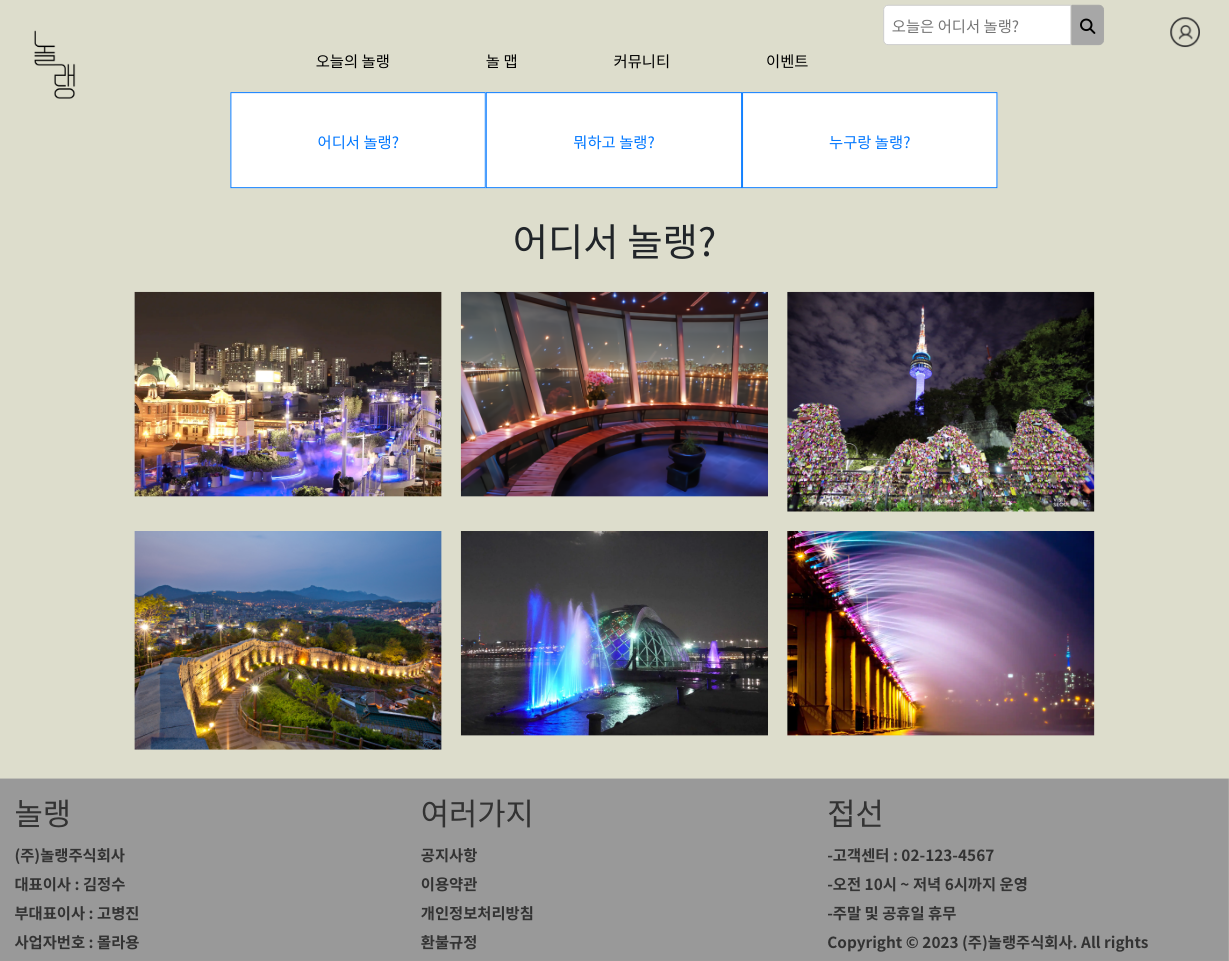
Repository: rrqrw/-
Page: http://localhost/noll_project/who/who3.jsp
The author's editor kept a copy of each file at every save. The page is drawn from the files as they stood at one save, then again after the next save.
The browser window is 1280 px wide. The pictures show the whole page, at 96% of full size.
Some web fonts or font styles are not loaded; a fallback is used. Some web libraries are served in a nearby version. The page is served by Tomcat 9. Other server files are loaded and not shown.

Above is the page before, as saved 2023-12-12 12:05:28.

### noll_project/src/main/webapp/who/who3.jsp
<%@ page language="java" contentType="text/html; charset=UTF-8"
    pageEncoding="UTF-8"%>
<%@ taglib uri="http://java.sun.com/jsp/jstl/core" prefix="c" %>
<%@ taglib uri="http://java.sun.com/jsp/jstl/fmt" prefix="fmt" %>
<!DOCTYPE html>
<html lang="en">
<head>
  <meta charset="UTF-8">
  <meta name="viewport" content="width=device-width, initial-scale=1.0">
  <title>Document</title>
  <link rel="stylesheet"  href="../resources/css/bootstrap.css">
  <link rel="stylesheet" href="../resources/css/style.css">

 <script src="https://kit.fontawesome.com/7c6041109a.js" crossorigin="anonymous"></script>
  <link href="https://fonts.googleapis.com/css2?family=Black+Han+Sans&family=Nanum+Gothic+Coding:wght@700&family=Nanum+Pen+Script&family=Noto+Sans+KR&display=swap" rel="stylesheet">
</head>
<body>
<jsp:include page="../header.jsp" />
  <div class="container">
    <div class="menu">
    <ul>
      <li><a href="../who/who1.jsp">어디서 놀랭?</a></li>
      <li><a href="../who/who2.jsp">뭐하고 놀랭?</a></li>
      <li><a href="../who/who3.jsp">누구랑 놀랭?</a></li>
    </ul>
  </div>
    <div id="content">
    <h1>어디서 놀랭?</h1>
    <ul class="prod-list">
      <li>
        <img src="../resources/images/7017.jpg" alt="상품1">
        <div class="caption">
          <a href="../instar/instar.jsp"><h2>상품 1</h2></a>
          <p>상품 1 설명 텍스트</p>
          <p>가격: 20,000원</p>
        </div>
      </li>
      <li>
        <img src="../resources/images/bg2광진.png" alt="상품2" style=width:"300px"; >
        <div class="caption">
          <a href="../instar/instar.jsp"><h2>상품 1</h2></a>
          <p>상품 2 설명 텍스트</p>
          <p>가격: 30,000원</p>
        </div>
      </li>
      <li>
        <img src="../resources/images/bg3.jpg" alt="상품3">
        <div class="caption">
          <a href="../instar/instar.jsp"><h2>상품 1</h2></a>
          <p>상품 3 설명 텍스트</p>
          <p>가격: 30,000원</p>
        </div>
      </li>
      <li>
        <img src="../resources/images/낙산.jpg" alt="상품3">
        <div class="caption">
          <a href="../instar/instar.jsp"><h2>상품 1</h2></a>
          <p>상품 3 설명 텍스트</p>
          <p>가격: 30,000원</p>
        </div>
      </li>
      <li>
        <img src="../resources/images/여의도한강.jpg" alt="상품3">
        <div class="caption">
          <a href="../instar/instar.jsp"><h2>상품 1</h2></a>
          <p>상품 3 설명 텍스트</p>
          <p>가격: 30,000원</p>
        </div>
      </li>
      <li>
        <img src="../resources/images/한강.jpg" alt="상품3">
        <div class="caption">
          <a href="../instar/instar.jsp"><h2>상품 1</h2></a>
          <p>상품 3 설명 텍스트</p>
          <p>가격: 30,000원</p>
        </div>
      </li>

    </ul>
  	</div>

        </div>
  <jsp:include page="../footer.jsp" />
</body>
</html>

### noll_project/src/main/webapp/header.jsp
<%@ page language="java" contentType="text/html; charset=UTF-8"
    pageEncoding="UTF-8"%>
<!DOCTYPE html>
<html lang="en">
<head>
  <meta charset="UTF-8">
  <meta name="viewport" content="width=device-width, initial-scale=1.0">
  <title>상단 메뉴(nav bar)</title>

  <link rel="stylesheet" href="resources/css/style.css">

  <script src="https://kit.fontawesome.com/7c6041109a.js" crossorigin="anonymous"></script>
  <script src="https://code.jquery.com/jquery-3.7.1.js" integrity="sha256-eKhayi8LEQwp4NKxN+CfCh+3qOVUtJn3QNZ0TciWLP4=" crossorigin="anonymous"></script>
  <!-- defer, async 아래 html을 다읽고 외부 js를 읽게 (지연) 해줌 -->
</head>
<body>
  <nav class="navbar">
    <div class="navbar_logo">
      <a href="#"><img src="../resources/images/logo.png" alt="로고" style="width: 80px;"></a>
    </div>
    <ul class="navbar_menu">
      <li><a href="">오늘의 놀랭</a></li>
      <li><a href="">놀 맵</a></li>
      <li><a href="">커뮤니티</a></li>
      <li><a href="">이벤트</a></li>
    </ul>
    <a href="#" class="navbar_toggleBtn">
      <i class="fa-solid fa-bars"></i>
    </a>

    <div id="search">
      <form action="#" method="get">
          <input type="text" placeholder="오늘은 어디서 놀랭?" id="search_input">
          <button type="submit"><i class="fas fa-search"></i></button>
      </form>
    </div>
  <div id="login">
     <a href="#"><img src="../resources/images/login.png" alt="로그인"></a>
  </div>
  </nav>
</body>
</html>

### noll_project/src/main/webapp/footer.jsp
<%@ page language="java" contentType="text/html; charset=UTF-8"
    pageEncoding="UTF-8"%>
<footer class="footer_cell">
      <div class="footer_info">
         <div class="footer_cell">
            <h2 class="footer_h">놀랭</h2>
            <ul class="footer_u">
               <li>(주)놀랭주식회사</li>
               <li>대표이사 : 김정수</li>
               <li>부대표이사 : 고병진</li>
               <li>사업자번호 : 몰라용</li>
            </ul>
         </div>
         <div class="footer_cell">
            <h2 class="footer_h">여러가지</h2>
            <ul class="footer_u">
               <!-- 나중에 링크 넣어서 바로 넘어갈 수 있도록 생각 -->
               <li><a href="#">공지사항</a></li>
               <li><a href="#">이용약관</a></li>
               <li><a href="#">개인정보처리방침</a></li>
               <li><a href="#">환불규정</a></li>
            </ul>
         </div>
         <div class="footer_cell">
            <h2 class="footer_h">접선</h2>
            <ul class="footer_u">
               <li>-고객센터 : 02-123-4567</li>
               <li>-오전 10시 ~ 저녁 6시까지 운영</li>
               <li>-주말 및 공휴일 휴무</li>
               <li>Copyright © 2023 (주)놀랭주식회사. All rights</li>
            </ul>
         </div>
      </div>
   </footer>

### noll_project/src/main/webapp/resources/css/style.css
@charset "UTF-8";
*{
	font-family: 'Noto Sans KR', sans-serif;
}
body{
	background: #ddddcc;
}
/* header 스타일 */
a{
  text-decoration: none;
  color: black;
}

/* pc 기준 */
.navbar{
  display: flex;
  justify-content: space-between;
  align-items: center;
}

.navbar_logo{
  width: 80px;
  height: 80px;
  font-size: 24px;
  padding-left: 20px;
  padding-top: 20px;
}

.navbar_menu{
  display: flex;
  list-style: none;
   margin-right: 10%;
  padding-top: 30px;
  padding-left: 0;
}

#login {
  position: top;
  padding-bottom: 30px;
  padding-right: 30px;
}

.navbar_menu li a{padding: 8px 50px;}
.navbar_toggleBtn{
  font-size: 24px;
  position: absolute;
  right: 30px;
  display: none;
}

/* 검색바 스타일 */
#search {
  position: absolute;
  top: 5px;
  right: 130px; /* 조정 가능한 우측 간격 */
}

/* 검색바 스타일 */
#search form {
  display: flex;
}

#search_input {
  padding: 8px;
  border: 1px solid #ccc;
  border-radius: 5px 0 0 5px;
}

#search button {
  padding: 8px;
  background-color: rgb(167, 167, 167);
  border: 1px solid rgb(167, 167, 167);
  border-radius: 0 5px 5px 0;
  color: black;
  cursor: pointer;
}

#search button:hover {
  background-color: rgb(128, 128, 128);
 }

/* 테블릿 기준 */
@media screen and (max-width: 1100px){
  .navbar_menu{
    padding-right: 60px;
  }
  .navbar_menu li{
    padding-top: 10px;
    display: flex;
  }
  .navbar_toggleBtn{
    font-size: 24px;
    position: absolute;
    right: 30px;
    top: 20px;
  }

  /* 검색바 스타일 */
#search {
  position: absolute;
  top: 5px;
  right: 130px; /* 조정 가능한 우측 간격 */
}

#search form {
  display: flex;
}

#search_input {
  padding: 8px;
  border: 1px solid #ccc;
  border-radius: 5px 0 0 5px;
}

#search button {
  padding: 8px;
  background-color: rgb(167, 167, 167);
  border: 1px solid rgb(167, 167, 167);
  border-radius: 0 5px 5px 0;
  color: black;
  cursor: pointer;
}

#search button:hover {
  background-color: rgb(128, 128, 128);
 }

 .navbar_toggleBtn{
  font-size: 24px;
  position: absolute;
  right: 30px;
  top: 40px;
 }

 #login{
  position: absolute;
  top: 5px;
  right: 10px;
 }
}


/* 모바일 기준 */
@media screen and (max-width: 768px){
  .navbar{
    flex-direction: column;
    align-items: flex-start;
    padding: 8px 20px;
  }

  .navbar_menu{
    /* align-items: center;  */
    width: 100%;
    padding-top: 10px;
    /* justify-content: flex-end; */
    align-items: flex-end;
  }

 /* 햄버거 메뉴 스타일 */
 .navbar_toggleBtn{
  font-size: 24px;
  position: absolute;
  right: 30px;
  top: 40px;
 }
  .navbar_menu li{
    padding-top: 5px;
  }

  .navbar_toggleBtn{
    display: block;
  }

  #login{
    position: absolute;
    top: 40px;
    right: 45px;
  }


/* 검색바 스타일 */
#search {
  position: absolute;
  top: 40px;
  right: 130px; /* 조정 가능한 우측 간격 */
}

#search form {
  display: flex;
}

#search_input {
  width: 50px;
  padding: 8px;
  border: 1px solid #ccc;
  border-radius: 5px 0 0 5px;
}

#search button {
  padding: 8px;
  background-color: rgb(167, 167, 167);
  border: 1px solid rgb(167, 167, 167);
  border-radius: 0 5px 5px 0;
  color: black;
  cursor: pointer;
}

#search button:hover {
  background-color: rgb(128, 128, 128);
 }
}
/* footer 스타일 */
footer .footer_cell { height: 180px;}

.footer_info {
  display: flex;
  justify-content: space-between;
  padding: 5px;
  background-color: #999999;
}


.footer_cell {
  flex: 1
  ;
  text-align: left;
  color: rgb(51, 51, 51);
  font-weight: bold;
}

.footer_cell li a {
  color: rgb(51, 51, 51);
  font-weight: bold;
  text-decoration: none;
}

.footer_h {
  margin: 10px;
}

.footer_u {
  margin: 10px;
  line-height: 30px;
}



/* general */

ul,li {
  margin: 0;
  padding: 0;
  list-style-type: none;
  list-style-position: inside;
}
footer p {
  margin-top: 18px;
  font-size: 11px;
  color: #c7c7c7;
  line-height: 18px;
}
.pic {
  border-radius: 100%;
}
span.userID {
  margin-right: 5px;
}
span.sub-span {
  font-size: 12px;
  color: #8e8e8e;
}
span.point-span {
  font-weight: 500;
  font-size: 14px;
  color: #262626;
}

/* main */
main {
  width: 960px;
  margin: 0 auto;
  padding-top: 94px;
  padding-bottom: 40px;
}
.main-right {
  width: 310px;
  display: inline-block;
  position: fixed;
  top: 94px;
}
.feeds {
  width: 614px;
  margin-right: 34px;
  display: inline-block;
}
article, .section-story, .section-recommend {
  background-color: #fff;
  border-radius: 3px;
  border: 1px solid #DBDBDB;
}
article {
  margin-bottom: 60px;
}
.section-story, .section-recommend {
  width: 310px;
  padding: 14px 16px;
  overflow-y: hidden;
}
.section-story {
  height: 212px;
  margin-bottom: 20px;
}
.section-recommend {
  height: 180px;
}
/* article */
header {
  height: 60px;
  padding: 0 16px;
  display: flex;
  align-items: center;
  justify-content: space-between;
}
.profile-of-article {
  display: flex;
  align-items: center;
}
.img-profile {
  width: 32px;
  height: 32px;
  border: 1px solid #fafafa;
  border-radius: 100%;
}
.main-image img {
  width: 612px;
}
.main-id {
  margin-left: 14px;
}
.icon-more {
  justify-self: end;
}
.icons-react {
  height: 40px;
  padding: 0 16px;
  display: flex;
  align-items: center;
  justify-content: space-between;
}
.icon-react {
  width: 24px;
  height: 24px;
}
.icons-left {
  display: flex;
  align-items: center;
}
.icons-left .icon-react {
  margin-right: 12px;
}
/* article text data */
.reaction {
  padding: 0 16px;
}
.liked-people {
  display: flex;
  align-items: center;
  height: 18px;
  margin: 2px 0 8px 0;
}
.liked-people img {
  display: inline-block;
  margin-right: 4px;
  width: 20px;
  height: 20px;
  border: 1px solid #fafafa;
}
.liked-people p {
  display: inline-block;
  color: #262626;
  font-size: 14px;
}
.description {
  display: flex;
  align-items: center;
  height: 18px;
}
span.at-tag {
  color: #00376B;
}
ul.comments {
  margin-top: 5px;
}
ul.comments li {
  height: 21px;
  display: flex;
  justify-content: space-between;
  color: #262626;
  font-size: 14px;
}
img.comment-heart {
  width: 12px;
  height: 12px;
}
div.time-log {
  margin-bottom: 8px;
}
div.time-log span {
  height: 18px;
  font-size: 12px;
  color: #8e8e8e;
}
.hl {
  border-top: 1px solid #DBDBDB;
  width: 612px;
}
/* comment input */
.input-comment {
  font-size: 14px;
  width: 560px;
  height: 18px;
  padding: 28px 16px;
  border-style: none;
  box-sizing: border-box;
  color: #262626;
}
.input-comment:focus {
outline: none;
}
.input-comment::placeholder {
  color: #8e8e8e;
}
button.submit-comment {
  color: #0095f6;
  background-color: #fff;
  border-style: none;
  height: 40px;
  width: 40px;
  padding: 4px;
  font-size: 14px;
  font-weight: 600;
}
.submit-comment:disabled {
  color: #B9DFFC;
}
button.submit-comment:focus {
  outline: none;
}

/* story & recommendation */
.menu-title {
  display: flex;
  justify-content: space-between;
  align-items: center;
  margin-bottom: 14px;
}
.sub-title {
  font-size: 14px;
  color: #8e8e8e;
  font-weight: 600;
}
.find-more {
  font-size: 12px;
  font-weight: 600;
  color: #262626;
}
.story-list li, .recommend-list li {
  display: flex;
  align-items: flex-start;
}
ul.story-list img.story {
  box-sizing: content-box;
  border: 2px solid #fff;
}
div.gradient-wrap {
  width: 40px;
  height: 40px;
  display: flex;
  justify-content: center;
  align-items: center;
  border-radius: 100%;
  background: radial-gradient(circle at bottom left, #F58529 20%, #C42D91);
}
ul.story-list .profile-text {
  margin-top: 3px;
}
.profile-text {
  display: inline-block;
  margin: 0 0 10px 8px;
}
.profile-text span {
  display: block;
}
.profile-text span.userID {
  margin-bottom: 2px;
}
.recommend-list li {
  display: flex;
  justify-content: space-between;
  align-items: flex-start;
}
.btn-follow {
  padding-top: 7px;
  color: #0095f6;
  font-weight: 600;
  font-size: 12px;
}
.recommend-friend-profile {
  display: flex;
  align-items: flex-start;
}

/*who*/
.container ul li{
  list-style: none;

}
.container ul li a{
  text-decoration: none;
  color: rgb(0, 119, 255);
}
.menu{
  width: 800px;
  height: 100px;
  border-radius: 30%;
  margin: 0 auto;
}
.menu ul li{
  float: left;
  width: 33.3%;
  height: 100px;
  line-height: 100px;
  vertical-align: middle;
  text-align: center;
  background: white;
  border: 1px solid rgb(0, 119, 255);
}
.menu ul li a{
  display: block;
}
.menu ul li a:hover{
  background:rgb(0, 119, 255);
  color: white;
}
.card img{
  width: 100%px;
  height: 300px;
}

/*who1*/
#content ul{list-style: none;}
#content{width: 1000px; margin: 30px auto;}
#content h1{text-align: center;}
.prod-list{margin-top: 30px; display: grid; grid-template-columns: repeat(3, 1fr); gap: 20px;}
.prod-list li{position: relative; overflow: hidden;}
.prod-list img{width: 100%; height: auto; display: block;}
.caption{
  width: 100%; height: 100%; background: rgba(0, 0, 0, 0.6);
  color: #fff; position: absolute; top: 0; transition: all 0.6s;
  display: flex; flex-direction: column; justify-content: center; align-items: center;
  opacity: 0;
}
.prod-list li:hover .caption{opacity: 1;}
.caption a h2{color: white;}
.caption a h2, p{text-align: center; line-height: 2; padding: 10px;}

Loaded but not shown: noll_project/src/main/webapp/resources/css/bootstrap.css (library)

After the next save:
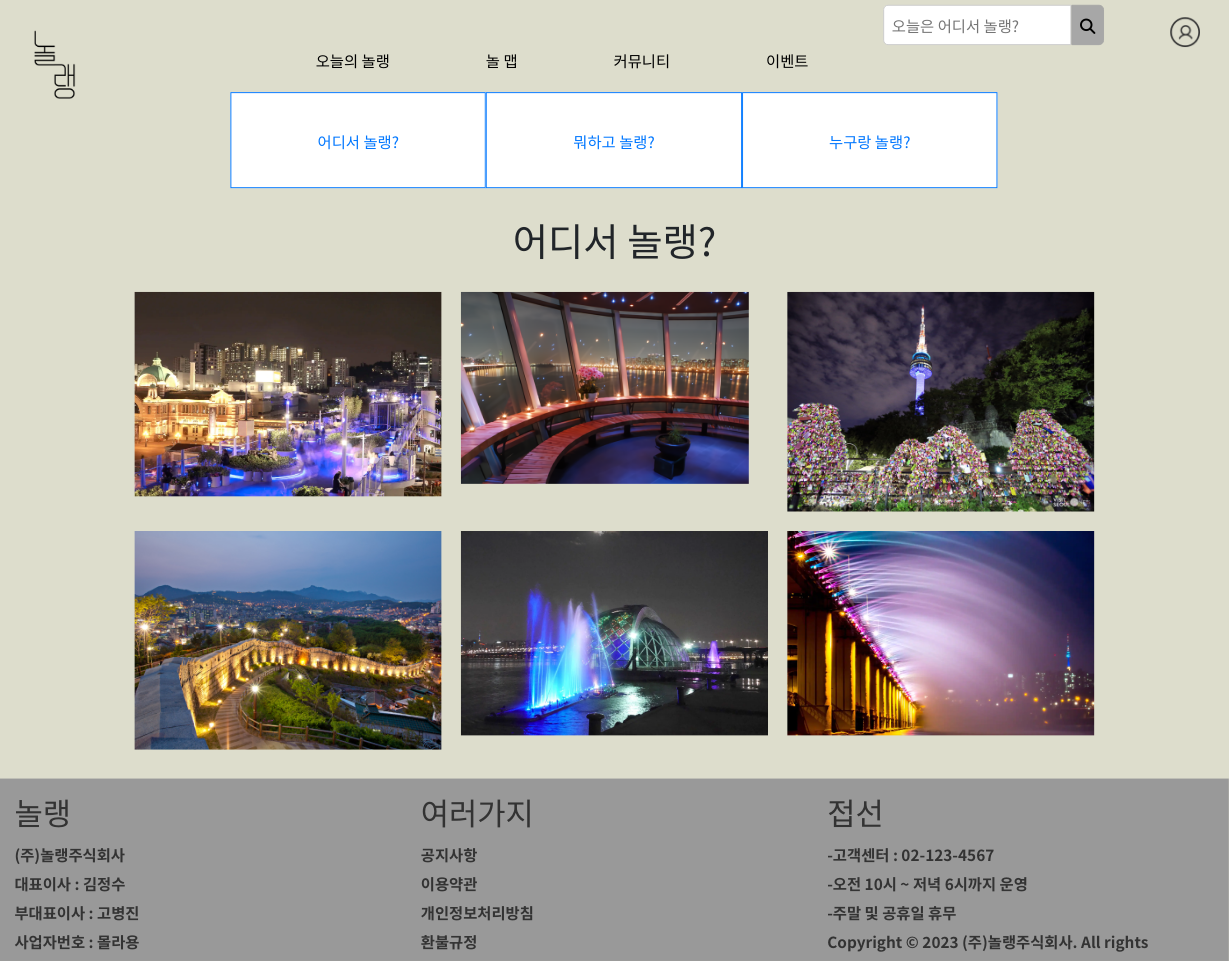
Saved 83 s later.
--- a/noll_project/src/main/webapp/who/who3.jsp
+++ b/noll_project/src/main/webapp/who/who3.jsp
@@ -36,7 +36,7 @@
         </div>
       </li>
       <li>
-        <img src="../resources/images/bg2광진.png" alt="상품2" style=width:"300px"; >
+        <img src="../resources/images/bg2광진.png" alt="상품2" style="width: 300px;">
         <div class="caption">
           <a href="../instar/instar.jsp"><h2>상품 1</h2></a>
           <p>상품 2 설명 텍스트</p>
